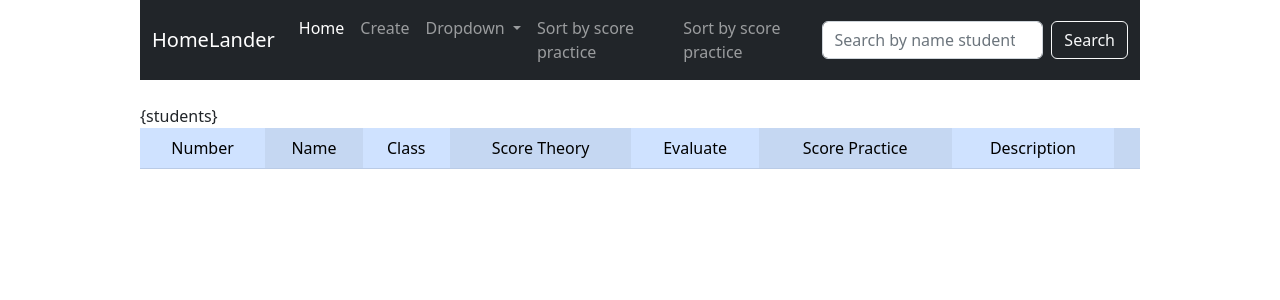
Repository: nguyenhung50497/MD3_thiThucHanh
Page: src/views/sortScoreByPractice.html
The author's editor kept a copy of each file at every save. The page is drawn from the files as they stood at one save, then again after the next save.
The browser window is 1280 px wide. The pictures show the whole page.

Above is the page before, as saved 2023-01-05 09:51:24.

### src/views/sortScoreByPractice.html
<!doctype html>
<html lang="en">
  <head>
    <meta charset="utf-8">
    <meta name="viewport" content="width=device-width, initial-scale=1">
    <title>Home</title>
    <link href="https://cdn.jsdelivr.net/npm/bootstrap@5.2.3/dist/css/bootstrap.min.css" rel="stylesheet" integrity="sha384-rbsA2VBKQhggwzxH7pPCaAqO46MgnOM80zW1RWuH61DGLwZJEdK2Kadq2F9CUG65" crossorigin="anonymous">
  </head>
  <body>
    <div class="container" style="width: 80%;">
      <nav class="navbar navbar-dark bg-dark navbar-expand-lg">
        <div class="container-fluid">
          <a class="navbar-brand" href="/home">HomeLander</a>
          <button class="navbar-toggler" type="button" data-bs-toggle="collapse" data-bs-target="#navbarSupportedContent" aria-controls="navbarSupportedContent" aria-expanded="false" aria-label="Toggle navigation">
            <span class="navbar-toggler-icon"></span>
          </button>
          <div class="collapse navbar-collapse" id="navbarSupportedContent">
            <ul class="navbar-nav me-auto mb-2 mb-lg-0">
              <li class="nav-item">
                <a class="nav-link active" aria-current="page" href="/home">Home</a>
              </li>
              <li class="nav-item">
                <a class="nav-link" href="/student/create">Create</a>
              </li>
              <li class="nav-item dropdown">
                <a class="nav-link dropdown-toggle" href="#" role="button" data-bs-toggle="dropdown" aria-expanded="false">
                  Dropdown
                </a>
                <ul class="dropdown-menu">
                  <li><a class="dropdown-item" href="#">Action</a></li>
                  <li><a class="dropdown-item" href="#">Another action</a></li>
                  <li><hr class="dropdown-divider"></li>
                  <li><a class="dropdown-item" href="#">Something else here</a></li>
                </ul>
              </li>
              <li class="nav-item">
                <a class="nav-link" href="/student/sortScoreByPracticeUP">Sort by score practice</a>
              </li>
              <li class="nav-item">
                <a class="nav-link" href="/student/sortScoreByPracticeDown">Sort by score practice</a>
              </li>
            </ul>
            <form class="d-flex" role="search" method="post">
              <input class="form-control me-2" name="search" type="search" placeholder="Search by name student" aria-label="Search">
              <button class="btn btn-outline-light" type="submit">Search</button>
            </form>
          </div>
        </div>
      </nav>
      <br>
      <table class="table table-primary table-striped-columns" style="text-align: center;">
        <tr>
            <td>Number</td>
            <td>Name</td>
            <td>Class</td>
            <td>Score Theory</td>
            <td>Evaluate</td>
            <td>Score Practice</td>
            <td>Description</td>
            <td colspan="2"></td>
        </tr>
        <tbody>
        {students}
        </tbody>
      </table>
    </div>
    <script src="https://cdn.jsdelivr.net/npm/bootstrap@5.2.3/dist/js/bootstrap.bundle.min.js" integrity="sha384-kenU1KFdBIe4zVF0s0G1M5b4hcpxyD9F7jL+jjXkk+Q2h455rYXK/7HAuoJl+0I4" crossorigin="anonymous"></script>
  </body>
</html>

After the next save:
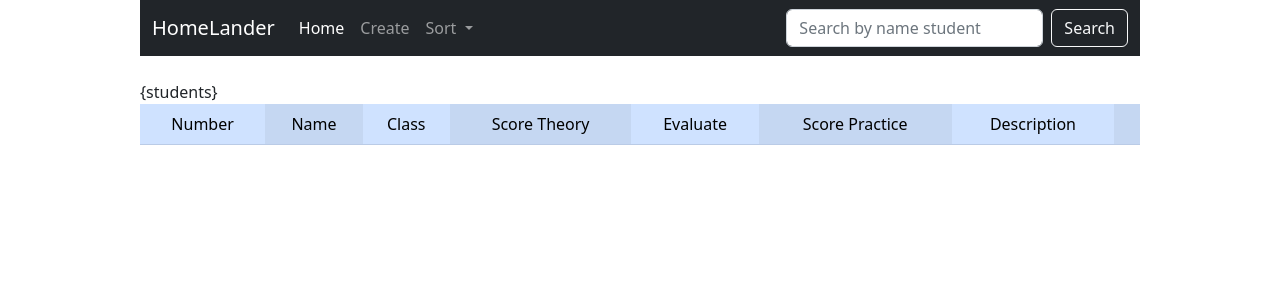
Saved 17 s later.
--- a/src/views/sortScoreByPractice.html
+++ b/src/views/sortScoreByPractice.html
@@ -24,20 +24,16 @@
               </li>
               <li class="nav-item dropdown">
                 <a class="nav-link dropdown-toggle" href="#" role="button" data-bs-toggle="dropdown" aria-expanded="false">
-                  Dropdown
+                  Sort
                 </a>
                 <ul class="dropdown-menu">
-                  <li><a class="dropdown-item" href="#">Action</a></li>
-                  <li><a class="dropdown-item" href="#">Another action</a></li>
+                  <li><a class="dropdown-item" href="/student/sortScoreByPracticeUP">Sort by score practice up</a></li>
+                  <li><a class="dropdown-item" href="/student/sortScoreByPracticeDown">Sort by score practice down</a></li>
+                  <li><a class="dropdown-item" href="/student/sortScoreByTheoryUp">Sort by score theory up</a></li>
+                  <li><a class="dropdown-item" href="/student/sortScoreByTheoryDown">Sort by score theory down</a></li>
                   <li><hr class="dropdown-divider"></li>
                   <li><a class="dropdown-item" href="#">Something else here</a></li>
                 </ul>
-              </li>
-              <li class="nav-item">
-                <a class="nav-link" href="/student/sortScoreByPracticeUP">Sort by score practice</a>
-              </li>
-              <li class="nav-item">
-                <a class="nav-link" href="/student/sortScoreByPracticeDown">Sort by score practice</a>
               </li>
             </ul>
             <form class="d-flex" role="search" method="post">
